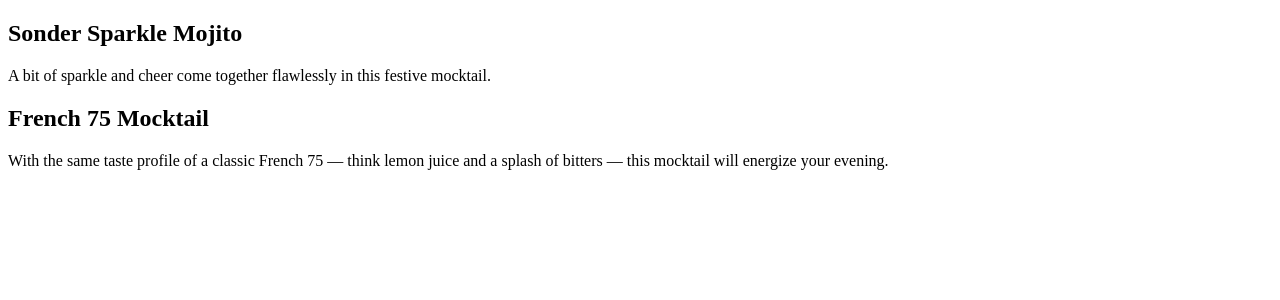
Repository: Flatbook/sliced_bread
Page: http://localhost/
The author's editor kept a copy of each file at every save. The page is drawn from the files as they stood at one save, then again after the next save.
The browser window is 1280 px wide. The pictures show the whole page.
The page is served by the project's application, run on Flask 3 (app.py).

Above is the page before, as saved 2021-05-15 18:47:29.

### flask_project/templates/home.html
{% extends "layout.html" %}
{% block content %}
    {% for drink in drinks %}
        <h2>{{drink.title}}</h2>
        <p>{{drink.description}}</p>
    {% endfor %}
{% endblock %}

### flask_project/templates/layout.html
<!DOCTYPE html>
<html lang="en">
<head>
    <meta charset="UTF-8">
    <meta http-equiv="X-UA-Compatible" content="IE=edge">
    <meta name="viewport" content="width=device-width, initial-scale=1.0">
    <title>Greatest Beverage </title>
</head>
<body>
    {% block content %} {% endblock %}
</body>
</html>

### flask_project/app.py
from flask import Flask, render_template

app = Flask(__name__)

drinks =[{
    'title' : 'Sonder Sparkle Mojito',
    'description': 'A bit of sparkle and cheer come together flawlessly in this festive mocktail.'

},
{
    'title': 'French 75 Mocktail',
    'description': 'With the same taste profile of a classic French 75 — think lemon juice and a splash of bitters — this mocktail will energize your evening.'
}
]

@app.route("/")
def hello_world():
    return render_template('home.html',drinks=drinks)

@app.route("/form")
def form():
    return render_template('form.html')
if __name__ == '__main__':
    app.run(debug=True)

After the next save:
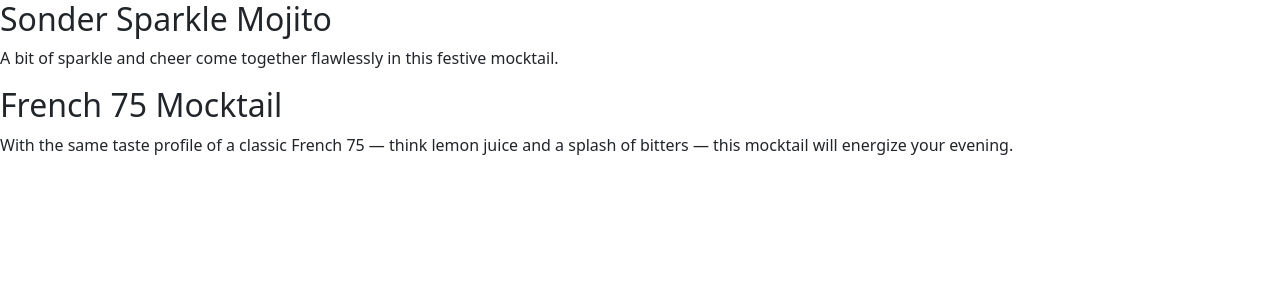
Saved 109 s later.
--- a/flask_project/templates/layout.html
+++ b/flask_project/templates/layout.html
@@ -4,6 +4,7 @@
     <meta charset="UTF-8">
     <meta http-equiv="X-UA-Compatible" content="IE=edge">
     <meta name="viewport" content="width=device-width, initial-scale=1.0">
+    <link href="https://cdn.jsdelivr.net/npm/bootstrap@5.0.1/dist/css/bootstrap.min.css" rel="stylesheet" integrity="sha384-+0n0xVW2eSR5OomGNYDnhzAbDsOXxcvSN1TPprVMTNDbiYZCxYbOOl7+AMvyTG2x" crossorigin="anonymous">
     <title>Greatest Beverage </title>
 </head>
 <body>
